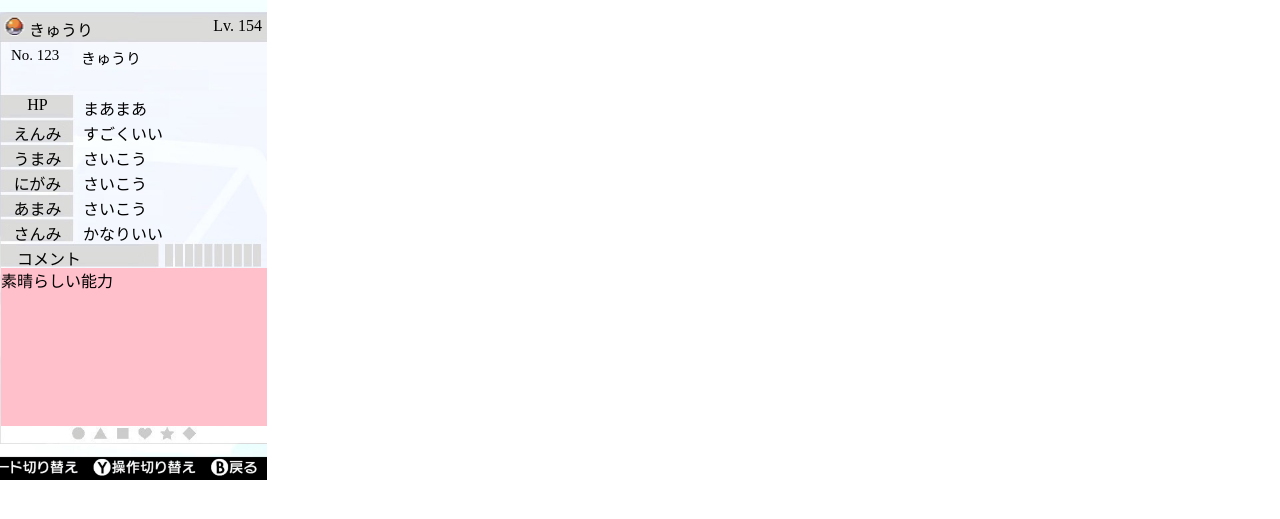
Repository: Hikaru-Ichikawa/POKEMON-FOOD
Page: info-foods/detail-framework.html
The author's editor kept a record of every edit. The page is drawn from the files as they stood at one moment, then again after the next edit.
The browser window is 1280 px wide. The pictures show the whole page.

Above is the page before.

After the next edit:
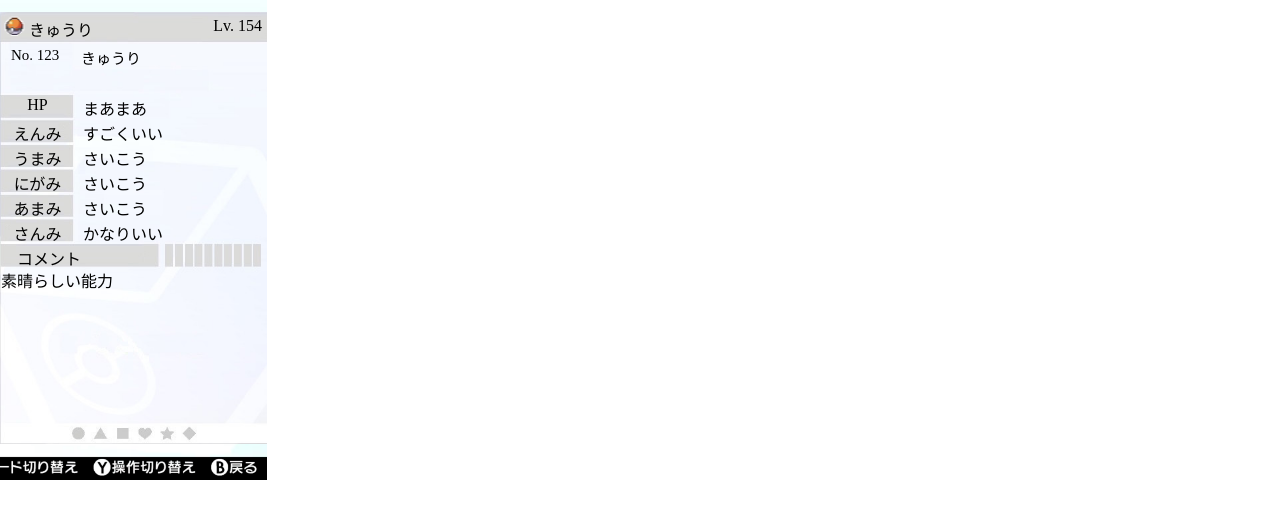
The edit:
--- a/stylesheet.css
+++ b/stylesheet.css
@@ -367,7 +367,7 @@
 .coment-article{
     width:266px;
     height:158px;
-    background-color:pink;
+
 }
 
 
